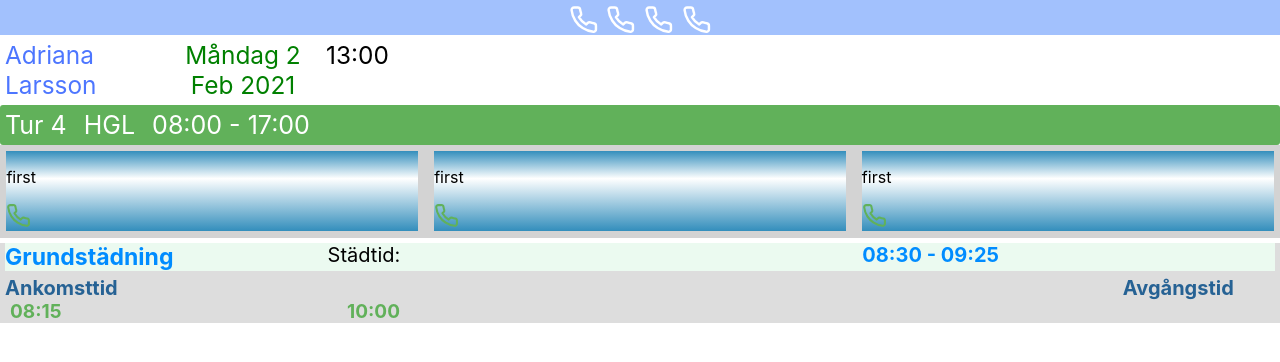
Repository: AdrianaLarsson/learning-react-adriana
Page: /
An editor plug-in stored every save of this project. The page is shown before and after the next save, followed by the edit.
The browser window is 1280 px wide. The pictures show the whole page.
The project was rebuilt for these pictures with package versions that can differ from the ones it lists, and the page was loaded fresh each time. Also part of the build but not shown: src/components/pixiLearn/pixi-learning.js, src/components/pixiLearn/reactTimline/timelinegant.js.

Above is the page before, as saved 2021-02-18 10:08:22.

### src/App.js
import './App.css';
import PixiLearning from './components/pixiLearn/pixi-learning'
import TimeLineGant from './components/pixiLearn/reactTimline/timelinegant'
import SjWaypoint from './components/pixiLearn/waypoint-mobile/sjwaypiont'

function App() {
  return (
    <div className="App">
      <header className="App-header">
       {/*  <TimeLineGant/> */}

           {/*   <PixiLearning/> */}
           <SjWaypoint/>
      </header>
    </div>
  );
}

export default App;

### src/App.css


.navbar {
  background-color: #a2c1fd;
  height: 30px;
  padding-top: 5px;
  display: flex;
  flex-direction: column;
  align-items: center;
  font-size: calc(15px + 2vmin);
  color: white;
}
.box{
  background-color: #ffffff;
  height: 30px;
  padding-top: 5px;
  display: flex;
  flex-direction: column;
  align-items: center;
  font-size: calc(10px + 2vmin);
  color: rgb(0, 0, 0);
  display: inline;
  flex-direction: row;
}
.name{
  margin: 5px;
  text-align: start;
  display: inline-flex;
  color: rgb(77, 118, 255);
  width: 150px;
}
.date{
  padding: 3px;
  text-align: center;
  display: inline-flex;
  color: green;
  width: 160px;
}
.time{
  text-align: end;
  display: inline-flex;
  color: black;
  width: 85px;
}
.nameonteam{
  display: inline;
  margin: 5px;
}

.teamname{
background-color: #61b15a;
color: white;
font-size: 25px;
border-radius: 3px;
}
.workposition{
  display: inline-flex;
  text-align: center;
  margin: 5px;

}
.timeteam{
  display: inline;
  margin: 5px;
  text-align: end;
}

.phone{
color: #61b15a;
  font-size: 25px;
}

.traininfo{
  background-color: rgb(221, 221, 221);
}
.activity{
  display: flex;
  border-width: 10ch;
  border-color: #61b15a;
  font-size: 20px;
  margin: 5px;
  color: rgb(0, 140, 255);
  background-color: rgb(235, 250, 240);

}

.activityname{
  text-align: start;
  font-weight: bold;
  font-size: 23px;
}
.cleantime{
  display: inline-block;
  width: 30%;
  text-align: center;
  color: black;
}
.cleantimestartend{
  display: inline-block;
  width: 35%;
  text-align: end;
  color: rgb(0, 140, 255);
  font-weight: bold;
}
.arrivaltimetitle{
  display: inline-block;
  width: 48%;
  margin-left: 5px;
  text-align: start;
  color: rgb(38, 98, 148);
  font-weight: bold;
  font-size: 20px;

}
.departuretimetitle{
  display: inline-block;
  width: 48%;
  text-align: end;
  color: rgb(38, 98, 148);
  font-weight: bold;
  font-size: 20px;
}
.arrivaltime{
  display: inline-block;
  text-align: start;
  width: 200px;
  margin-left: 10px;
  color: #61b15a;
  font-weight: bold;
  font-size: 19px;
}
.departuretime{
  display: inline-block;
  text-align: end;
  width: 190px;
 color: #61b15a;
 font-weight: bold;
 font-size: 19px;
}

/* .App {
  text-align: center;
}

.App-logo {
  height: 40vmin;
  pointer-events: none;
}

@media (prefers-reduced-motion: no-preference) {
  .App-logo {
    animation: App-logo-spin infinite 20s linear;
  }
}

.App-header {
  background-color: #282c34;
  min-height: 100vh;
  display: flex;
  flex-direction: column;
  align-items: center;
  justify-content: center;
  font-size: calc(10px + 2vmin);
  color: white;
}

.App-link {
  color: #61dafb;
}

@keyframes App-logo-spin {
  from {
    transform: rotate(0deg);
  }
  to {
    transform: rotate(360deg);
  }
}
 */

### src/components/pixiLearn/waypoint-mobile/sjwaypiont.js
import React from 'react'
import Navbaren from './navbaren'
import BoxNameDayTime from './box-name-day-time'
import TeamName from './teamname'
import Perosnal from './perosnal'
import Traininfo from './trainsinfo'

function sjwaypiont() {
    return (
        <div>
          <Navbaren/>
            <BoxNameDayTime/>
            <TeamName/>
            <Perosnal/>
            <Traininfo/>
        </div>
    )
}

export default sjwaypiont

### src/components/pixiLearn/waypoint-mobile/navbaren.js
import React from 'react'
import { FiPhone } from "react-icons/fi";


function navbaren() {
    return (
      <div className="navbar">
          <div className="navbar-container container">
           <FiPhone /> <FiPhone /> <FiPhone /> <FiPhone />
          </div>

      </div>
    )
}

export default navbaren

### src/components/pixiLearn/waypoint-mobile/box-name-day-time.js
import React from 'react'
import Container from "react-bootstrap/Container";
import Row from "react-bootstrap/Row";
import Col from "react-bootstrap/Col"

function boxNameDayTime() {
    return (
<Container className="box">
  <Row>
    <Col className="name">Adriana Larsson </Col>
    <Col className="date"> Måndag 2 Feb 2021</Col>
    <Col className="time"> 13:00 </Col>
  </Row>
</Container>

    )
}

export default boxNameDayTime;

### src/components/pixiLearn/waypoint-mobile/teamname.js
import React from 'react'
import styled from 'styled-components';
import Container from "react-bootstrap/Container";
import Row from "react-bootstrap/Row";
import Col from "react-bootstrap/Col"


function teamName() {

const Box = styled.div`
background: #61b15a;
borderRadius: 20px;
height: 55px;
width:500px;
color: white;
font-size: 20px;
display: inline-flex;
text-align: center;
margin-right: 100px;
`
    return (
        <Container className="teamname">
        <Row>
          <Col className="nameonteam">Tur 4 </Col>
          <Col className="workposition"> HGL</Col>
          <Col className="timeteam"> 08:00 - 17:00 </Col>
        </Row>
      </Container>
    )
}

export default teamName

### src/components/pixiLearn/waypoint-mobile/perosnal.js
import React from 'react'
import styled from 'styled-components';
import { FiPhone } from "react-icons/fi";


function perosnal() {
    const EqualDivider = styled.div`
  display: flex;
  padding: 0.4rem;
  height: 80px;
  background: lightgrey;
  ${props => props.vertical && "flex-direction: column;"}

  > * {
    flex: 1;
     font-style:bold;
    &:not(:first-child) {
      ${props => props.vertical ? "margin-top" : "margin-left"}: 1rem;
    }
  }
`;

const Child = styled.div`

background: linear-gradient(#338EBC 0%, #ffffff 34.48%, #338EBC 100%);
`;

    return (
        <div>
        <EqualDivider>
          <Child><p>first</p>
          <FiPhone className="phone" />
          </Child>
          <Child><p>first</p>
          <FiPhone className="phone" />
          </Child>
          <Child><p>first</p>
          <FiPhone className="phone" />
          </Child>
        </EqualDivider>

        </div>
    )
}

export default perosnal;

### src/components/pixiLearn/waypoint-mobile/trainsinfo.js
import React from 'react'
import Container from "react-bootstrap/Container";
import Row from "react-bootstrap/Row";
import Col from "react-bootstrap/Col"



function trainsinfo() {
    return (

<Container className="traininfo">
  <Row className="activity">
    <Col className="activityname">Grundstädning </Col>
    <Col className="cleantime"> Städtid:</Col>
    <Col className="cleantimestartend"> 08:30 - 09:25</Col>
  </Row>
  <Row className="traininfodeparr">
      <Col className="arrivaltimetitle">Ankomsttid </Col>
      <Col className="departuretimetitle">Avgångstid </Col>
      <Col className="arrivaltime">08:15 </Col>
      <Col className="departuretime">10:00 </Col>
  </Row>
</Container>

    )
}

export default trainsinfo

Loaded but not shown: public/index.html (common file); src/index.js (common file); src/index.css (common file); src/reportWebVitals.js (common file)

After the next save:
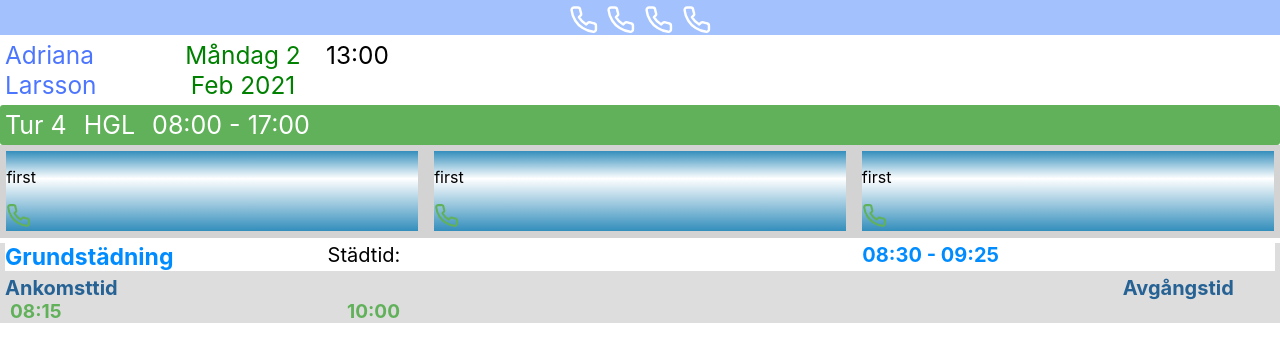
Saved 4 min 29 s later.
--- a/src/App.css
+++ b/src/App.css
@@ -80,7 +80,7 @@ color: #61b15a;
   font-size: 20px;
   margin: 5px;
   color: rgb(0, 140, 255);
-  background-color: rgb(235, 250, 240);
+  background-color: rgb(255, 255, 255);
 
 }
 
